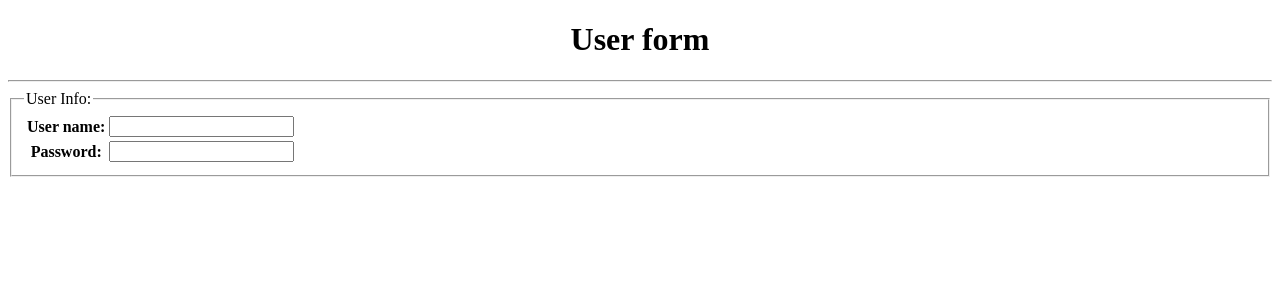
Repository: imrangthub/BlogUsingCoreJava
Page: http://localhost/StartingJsp_00/formDataHandlePostM.jsp
The author's editor kept a copy of each file at every save. The page is drawn from the files as they stood at one save, then again after the next save.
The browser window is 1280 px wide. The pictures show the whole page.
The page is served by Tomcat 9. Other server files are loaded and not shown.

Above is the page before, as saved 2016-12-24 11:54:42.

### StartingJsp_00/WebContent/formDataHandlePostM.jsp
<%@ page language="java" contentType="text/html; charset=ISO-8859-1"
    pageEncoding="ISO-8859-1"%>
<!DOCTYPE html PUBLIC "-//W3C//DTD HTML 4.01 Transitional//EN" "http://www.w3.org/TR/html4/loose.dtd">
<html>
<head>
<meta http-equiv="Content-Type" content="text/html; charset=ISO-8859-1">
<title>User form</title>
</head>
<body>
<h1 align="center">User form</h1>
<hr/>

<form action="handleFormData" method="POST">
<fieldset>
<legend>User Info:</legend>
<table>
<tr>
<th>User name:</th>
<td><input type="text" name="userName" /></td>
</tr>
<tr>
<th>Password:</th>
<td><input type="password" name="password"/></td>
</tr>
</table>

</fieldset>


</form>

</body>
</html>

After the next save:
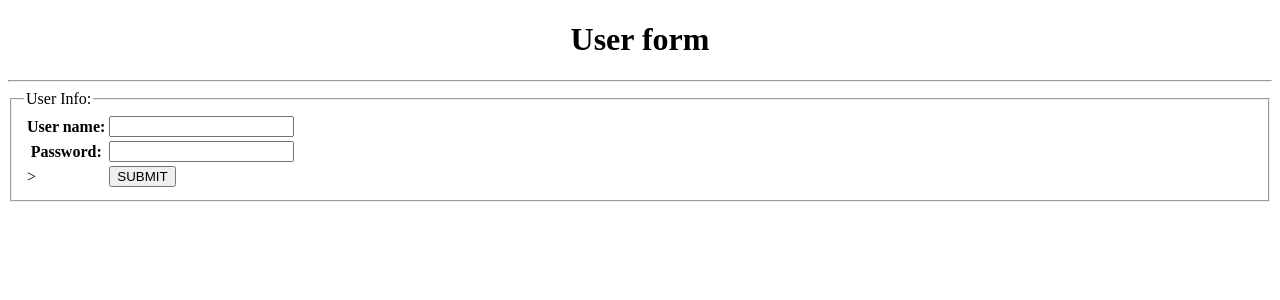
Saved 51 s later.
--- a/StartingJsp_00/WebContent/formDataHandlePostM.jsp
+++ b/StartingJsp_00/WebContent/formDataHandlePostM.jsp
@@ -22,6 +22,10 @@
 <th>Password:</th>
 <td><input type="password" name="password"/></td>
 </tr>
+<tr>
+<td>></td>
+<td><input type="submit" value="SUBMIT"/></td>
+</tr>
 </table>
 
 </fieldset>
